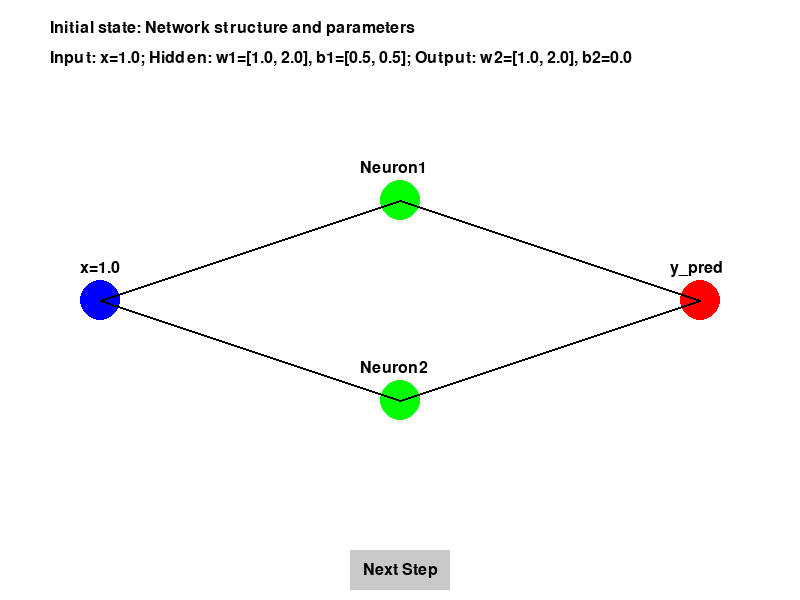
Repository: ducchuu/cnn_from_scratch
Script's output: python src/visualization/pygame_nn_simulator.py
An editor plug-in stored every save of this project. The script's output is shown before and after the next save, followed by the edit.
The window is shown after at most 60 frames with no key pressed. Random numbers start from a fixed seed.

Above is the script's output before, as saved 2025-02-13 04:50:20.

### src/visualization/pygame_nn_simulator.py
import pygame
import sys

# 初始化 pygame
pygame.init()

# 屏幕设置
screen_width = 800
screen_height = 600
screen = pygame.display.set_mode((screen_width, screen_height))
pygame.display.set_caption("神经网络训练过程交互式可视化")

# 设置字体
font = pygame.font.SysFont(None, 24)

# 定义各层神经元的位置
input_pos = (100, screen_height // 2)
hidden1_pos = (400, screen_height // 3)
hidden2_pos = (400, screen_height * 2 // 3)
output_pos = (700, screen_height // 2)

# 定义"下一步"按钮的位置和大小
button_rect = pygame.Rect(screen_width // 2 - 50, screen_height - 50, 100, 40)

# 预定义各步的说明文字和对应的详细信息
steps = [
    {
        "desc": "Initial state: Network structure and parameters",
        "details": "Input: x=1.0; Hidden: w1=[1.0, 2.0], b1=[0.5, 0.5]; Output: w2=[1.0, 2.0], b2=0.0",
        "highlight_paths": [],  # 初始状态不高亮任何路径
    },
    {
        "desc": "Forward pass: Calculate hidden layer weighted input",
        "details": "z1 = [1*1.0+0.5, 1*2.0+0.5] = [1.5, 2.5]",
        "highlight_paths": [
            (input_pos, hidden1_pos),
            (input_pos, hidden2_pos),
        ],  # 高亮输入到隐藏层的路径
    },
    {
        "desc": "Forward pass: Apply ReLU activation function",
        "details": "h = ReLU(z1) = [1.5, 2.5]",
        "highlight_paths": [],
    },
    {
        "desc": "Forward pass: Calculate output layer output",
        "details": "y_pred = h•w2 + b2 = 1.5*1.0 + 2.5*2.0 = 6.5",
        "highlight_paths": [],
    },
    {
        "desc": "Calculate loss: Use Mean Squared Error (MSE)",
        "details": "L = 0.5*(6.5-7.0)^2 = 0.125",
        "highlight_paths": [],
    },
    {
        "desc": "Backward pass: Calculate output layer gradient",
        "details": "dL/dy_pred = y_pred - target = -0.5",
        "highlight_paths": [],
    },
    {
        "desc": "Backward pass: Calculate output layer weight gradient",
        "details": "grad_w2 = dL/dy_pred * h = -0.5 * [1.5, 2.5] = [-0.75, -1.25]",
        "highlight_paths": [],
    },
    {
        "desc": "Backward pass: Gradient propagation to hidden layer",
        "details": "dL/dh = dL/dy_pred * w2 = [-0.5, -1.0]",
        "highlight_paths": [],
    },
    {
        "desc": "Backward pass: Calculate hidden layer weight gradient",
        "details": "grad_w1 = dL/dz1 * x = [-0.5, -1.0]",
        "highlight_paths": [],
    },
    {
        "desc": "Parameter update: Update all layer parameters",
        "details": "new_w1=[1.05,2.1], new_b1=[0.55,0.6]; new_w2=[1.075,2.125], new_b2=0.05",
        "highlight_paths": [],
    },
]

# 定义不同类型数据的颜色
COLORS = {
    "input_value": (0, 0, 255),  # 蓝色
    "weights": (100, 100, 100),  # 灰色
    "activation": (0, 200, 0),  # 绿色
    "gradients": (255, 0, 0),  # 红色
    "loss": (255, 100, 0),  # 橙色
    "updated_params": (128, 0, 128),  # 紫色
}

# 当前步骤变量（初始为 0）
step = 0


def draw_network(screen, step):
    # 清空屏幕（填充白色）
    screen.fill((255, 255, 255))

    # 根据前向传播过程定义相关变量
    # 定义输入层的输入值
    x = 1.0
    # 计算隐藏层的加权输入 z1，根据步骤1的示例计算
    z1 = [x * 1.0 + 0.5, x * 2.0 + 0.5]  # 得到 [1.5, 2.5]
    # 使用 ReLU 激活函数计算隐藏层输出 h
    h = [max(0, val) for val in z1]  # 结果为 [1.5, 2.5]

    # 画出各层神经元：用圆圈表示
    # 输入层（蓝色）
    pygame.draw.circle(screen, (0, 0, 255), input_pos, 20)
    # 隐藏层（绿色）
    pygame.draw.circle(screen, (0, 255, 0), hidden1_pos, 20)
    pygame.draw.circle(screen, (0, 255, 0), hidden2_pos, 20)
    # 输出层（红色）
    pygame.draw.circle(screen, (255, 0, 0), output_pos, 20)

    # 画出各层之间的连线
    pygame.draw.line(screen, (0, 0, 0), input_pos, hidden1_pos, 2)
    pygame.draw.line(screen, (0, 0, 0), input_pos, hidden2_pos, 2)
    pygame.draw.line(screen, (0, 0, 0), hidden1_pos, output_pos, 2)
    pygame.draw.line(screen, (0, 0, 0), hidden2_pos, output_pos, 2)

    # 在输入层节点旁显示 x=1.0
    text = font.render("x=1.0", True, (0, 0, 0))
    screen.blit(text, (input_pos[0] - 20, input_pos[1] - 40))

    # 在隐藏层节点旁显示神经元标签
    text = font.render("Neuron1", True, (0, 0, 0))
    screen.blit(text, (hidden1_pos[0] - 40, hidden1_pos[1] - 40))
    text = font.render("Neuron2", True, (0, 0, 0))
    screen.blit(text, (hidden2_pos[0] - 40, hidden2_pos[1] - 40))

    # 在输出层节点旁显示 y_pred 标签
    text = font.render("y_pred", True, (0, 0, 0))
    screen.blit(text, (output_pos[0] - 30, output_pos[1] - 40))

    # 绘制高亮路径
    current_step = steps[step]
    for path in current_step["highlight_paths"]:
        pygame.draw.line(screen, (255, 255, 0), path[0], path[1], 4)  # 黄色高亮

    # 在各个位置显示数值，使用不同颜色
    if step >= 1:
        # 隐藏层加权输入（绿色）
        text = font.render(f"z={z1[0]:.1f}", True, COLORS["activation"])
        screen.blit(text, (hidden1_pos[0] + 25, hidden1_pos[1] - 30))
        text = font.render(f"z={z1[1]:.1f}", True, COLORS["activation"])
        screen.blit(text, (hidden2_pos[0] + 25, hidden2_pos[1] - 30))

    if step >= 2:
        # 激活值（绿色）
        text = font.render(f"h={h[0]:.1f}", True, COLORS["activation"])
        screen.blit(text, (hidden1_pos[0] + 25, hidden1_pos[1] + 10))
        text = font.render(f"h={h[1]:.1f}", True, COLORS["activation"])
        screen.blit(text, (hidden2_pos[0] + 25, hidden2_pos[1] + 10))

    if step >= 3:
        # 显示输出层计算结果 y_pred
        text = font.render("y_pred=6.5", True, (255, 0, 0))
        screen.blit(text, (output_pos[0] - 70, output_pos[1] + 30))

    if step >= 4:
        # 显示损失 L
        text = font.render("L = 0.125", True, (255, 0, 0))
        screen.blit(text, (output_pos[0] - 70, output_pos[1] + 60))

    if step >= 5:
        # 显示输出层梯度 dL/dy_pred（在输出节点上方显示）
        text = font.render("dL/dy_pred = -0.5", True, (255, 0, 0))
        screen.blit(text, (output_pos[0] - 70, output_pos[1] - 60))

    if step >= 6:
        # 显示输出层权重梯度 grad_w2（显示在连接隐藏层到输出层之间）
        text = font.render("grad_w2 = [-0.75, -1.25]", True, (255, 0, 0))
        screen.blit(text, (output_pos[0] - 120, output_pos[1] + 80))

    if step >= 7:
        # 显示传递到隐藏层的梯度 dL/dh（在隐藏层节点旁上方显示）
        text = font.render("dL/dh = [-0.5, -1.0]", True, (255, 0, 0))
        screen.blit(text, (hidden1_pos[0] - 80, hidden1_pos[1] - 60))
        screen.blit(text, (hidden2_pos[0] - 80, hidden2_pos[1] - 60))

    if step >= 8:
        # 显示隐藏层权重梯度 grad_w1（在输入层与隐藏层之间显示）
        text = font.render("grad_w1 = [-0.5, -1.0]", True, (255, 0, 0))
        screen.blit(text, (input_pos[0] + 30, input_pos[1] - 30))

    if step >= 9:
        # 显示参数更新后的结果（在屏幕底部显示更新后的权重与偏置）
        text = font.render("Parameter update completed", True, (255, 0, 0))
        screen.blit(text, (50, screen_height - 80))
        text = font.render("new_w1=[1.05,2.1], new_b1=[0.55,0.6]", True, (255, 0, 0))
        screen.blit(text, (hidden1_pos[0] - 100, hidden1_pos[1] + 40))
        text = font.render("new_w2=[1.075,2.125], new_b2=0.05", True, (255, 0, 0))
        screen.blit(text, (output_pos[0] - 140, output_pos[1] + 80))

    # 在屏幕顶部显示当前步骤的说明
    current_step = steps[step]
    step_text = font.render(current_step["desc"], True, (0, 0, 0))
    screen.blit(step_text, (50, 20))
    detail_text = font.render(current_step["details"], True, (0, 0, 0))
    screen.blit(detail_text, (50, 50))

    # 调整"Next Step"按钮样式
    pygame.draw.rect(screen, (200, 200, 200), button_rect)
    button_text = font.render("Next Step", True, (0, 0, 0))
    button_text_rect = button_text.get_rect(center=button_rect.center)
    screen.blit(button_text, button_text_rect)


# 主循环
clock = pygame.time.Clock()
running = True

while running:
    clock.tick(30)  # 控制帧率 30 FPS

    for event in pygame.event.get():
        if event.type == pygame.QUIT:
            running = False
            break

        # 点击鼠标按钮（仅响应按钮范围内的点击）
        if event.type == pygame.MOUSEBUTTONDOWN:
            if button_rect.collidepoint(event.pos):
                if step < len(steps) - 1:
                    step += 1
                else:
                    # 如果已完成所有步骤，则重置回初始状态
                    step = 0

    # 绘制网络和步骤信息
    draw_network(screen, step)

    # 更新屏幕
    pygame.display.flip()

pygame.quit()
sys.exit()

After the next save:
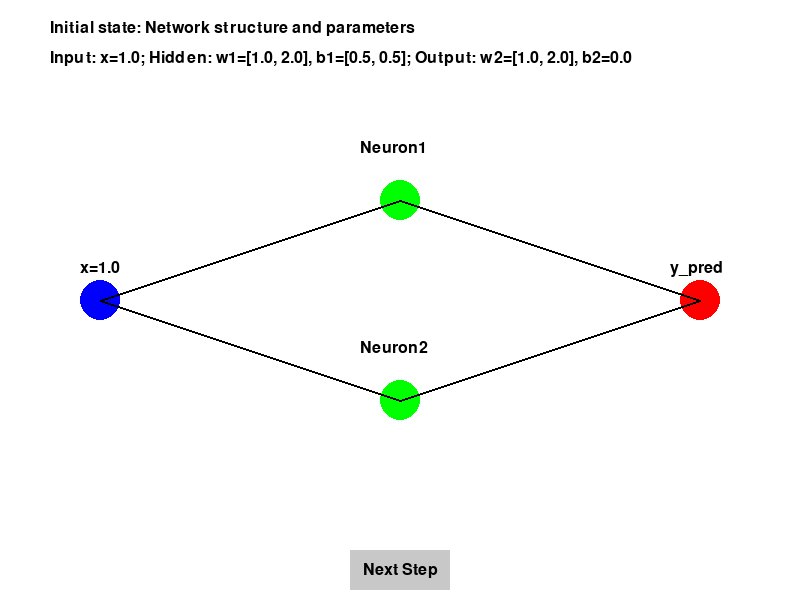
Saved 3 min 45 s later.
--- a/src/visualization/pygame_nn_simulator.py
+++ b/src/visualization/pygame_nn_simulator.py
@@ -79,14 +79,15 @@ steps = [
     },
 ]
 
-# 定义不同类型数据的颜色
+# 修改颜色定义，使用更鲜明的配色
 COLORS = {
-    "input_value": (0, 0, 255),  # 蓝色
-    "weights": (100, 100, 100),  # 灰色
-    "activation": (0, 200, 0),  # 绿色
-    "gradients": (255, 0, 0),  # 红色
-    "loss": (255, 100, 0),  # 橙色
-    "updated_params": (128, 0, 128),  # 紫色
+    "input_value": (0, 120, 255),  # 深蓝色
+    "weights": (50, 50, 50),  # 深灰色
+    "activation": (34, 139, 34),  # 森林绿
+    "gradients": (220, 20, 60),  # 猩红色
+    "loss": (255, 140, 0),  # 深橙色
+    "updated_params": (148, 0, 211),  # 深紫色
+    "neuron_label": (0, 0, 0),  # 黑色
 }
 
 # 当前步骤变量（初始为 0）
@@ -125,10 +126,10 @@ def draw_network(screen, step):
     screen.blit(text, (input_pos[0] - 20, input_pos[1] - 40))
 
     # 在隐藏层节点旁显示神经元标签
-    text = font.render("Neuron1", True, (0, 0, 0))
-    screen.blit(text, (hidden1_pos[0] - 40, hidden1_pos[1] - 40))
-    text = font.render("Neuron2", True, (0, 0, 0))
-    screen.blit(text, (hidden2_pos[0] - 40, hidden2_pos[1] - 40))
+    text = font.render("Neuron1", True, COLORS["neuron_label"])
+    screen.blit(text, (hidden1_pos[0] - 40, hidden1_pos[1] - 60))
+    text = font.render("Neuron2", True, COLORS["neuron_label"])
+    screen.blit(text, (hidden2_pos[0] - 40, hidden2_pos[1] - 60))
 
     # 在输出层节点旁显示 y_pred 标签
     text = font.render("y_pred", True, (0, 0, 0))
@@ -141,58 +142,85 @@ def draw_network(screen, step):
 
     # 在各个位置显示数值，使用不同颜色
     if step >= 1:
-        # 隐藏层加权输入（绿色）
+        # 隐藏层加权输入（绿色）- 移到节点右上方
         text = font.render(f"z={z1[0]:.1f}", True, COLORS["activation"])
-        screen.blit(text, (hidden1_pos[0] + 25, hidden1_pos[1] - 30))
+        screen.blit(text, (hidden1_pos[0] + 30, hidden1_pos[1] - 40))
         text = font.render(f"z={z1[1]:.1f}", True, COLORS["activation"])
-        screen.blit(text, (hidden2_pos[0] + 25, hidden2_pos[1] - 30))
+        screen.blit(text, (hidden2_pos[0] + 30, hidden2_pos[1] - 40))
 
     if step >= 2:
-        # 激活值（绿色）
+        # 激活值（绿色）- 移到节点右侧
         text = font.render(f"h={h[0]:.1f}", True, COLORS["activation"])
-        screen.blit(text, (hidden1_pos[0] + 25, hidden1_pos[1] + 10))
+        screen.blit(text, (hidden1_pos[0] + 30, hidden1_pos[1]))
         text = font.render(f"h={h[1]:.1f}", True, COLORS["activation"])
-        screen.blit(text, (hidden2_pos[0] + 25, hidden2_pos[1] + 10))
+        screen.blit(text, (hidden2_pos[0] + 30, hidden2_pos[1]))
 
     if step >= 3:
-        # 显示输出层计算结果 y_pred
-        text = font.render("y_pred=6.5", True, (255, 0, 0))
-        screen.blit(text, (output_pos[0] - 70, output_pos[1] + 30))
+        # 显示输出层计算结果 y_pred - 移到节点右侧
+        text = font.render("y_pred=6.5", True, COLORS["gradients"])
+        screen.blit(text, (output_pos[0] + 30, output_pos[1]))
 
     if step >= 4:
-        # 显示损失 L
-        text = font.render("L = 0.125", True, (255, 0, 0))
-        screen.blit(text, (output_pos[0] - 70, output_pos[1] + 60))
+        # 显示损失 L - 移到输出节点下方
+        text = font.render("L = 0.125", True, COLORS["loss"])
+        screen.blit(text, (output_pos[0] + 30, output_pos[1] + 30))
 
     if step >= 5:
-        # 显示输出层梯度 dL/dy_pred（在输出节点上方显示）
-        text = font.render("dL/dy_pred = -0.5", True, (255, 0, 0))
-        screen.blit(text, (output_pos[0] - 70, output_pos[1] - 60))
+        # 显示输出层梯度 dL/dy_pred - 移到输出节点上方
+        text = font.render("dL/dy_pred = -0.5", True, COLORS["gradients"])
+        screen.blit(text, (output_pos[0] - 60, output_pos[1] - 40))
 
     if step >= 6:
-        # 显示输出层权重梯度 grad_w2（显示在连接隐藏层到输出层之间）
-        text = font.render("grad_w2 = [-0.75, -1.25]", True, (255, 0, 0))
-        screen.blit(text, (output_pos[0] - 120, output_pos[1] + 80))
+        # 显示输出层权重梯度 grad_w2 - 移到连线中间
+        text = font.render("grad_w2 = [-0.75, -1.25]", True, COLORS["gradients"])
+        screen.blit(
+            text,
+            (
+                (hidden1_pos[0] + output_pos[0]) // 2 - 60,
+                (hidden1_pos[1] + output_pos[1]) // 2 - 40,
+            ),
+        )
 
     if step >= 7:
-        # 显示传递到隐藏层的梯度 dL/dh（在隐藏层节点旁上方显示）
-        text = font.render("dL/dh = [-0.5, -1.0]", True, (255, 0, 0))
-        screen.blit(text, (hidden1_pos[0] - 80, hidden1_pos[1] - 60))
-        screen.blit(text, (hidden2_pos[0] - 80, hidden2_pos[1] - 60))
+        # 显示传递到隐藏层的梯度 dL/dh - 移到隐藏层节点左上方
+        text = font.render("dL/dh = [-0.5, -1.0]", True, COLORS["gradients"])
+        screen.blit(text, (hidden1_pos[0] - 150, hidden1_pos[1] - 30))
+        screen.blit(text, (hidden2_pos[0] - 150, hidden2_pos[1] - 30))
 
     if step >= 8:
-        # 显示隐藏层权重梯度 grad_w1（在输入层与隐藏层之间显示）
-        text = font.render("grad_w1 = [-0.5, -1.0]", True, (255, 0, 0))
-        screen.blit(text, (input_pos[0] + 30, input_pos[1] - 30))
+        # 显示隐藏层权重梯度 grad_w1 - 移到输入层与隐藏层之间的连线上
+        text = font.render("grad_w1 = [-0.5, -1.0]", True, COLORS["gradients"])
+        screen.blit(
+            text,
+            (
+                (input_pos[0] + hidden1_pos[0]) // 2 - 80,
+                (input_pos[1] + hidden1_pos[1]) // 2 - 30,
+            ),
+        )
 
     if step >= 9:
-        # 显示参数更新后的结果（在屏幕底部显示更新后的权重与偏置）
-        text = font.render("Parameter update completed", True, (255, 0, 0))
-        screen.blit(text, (50, screen_height - 80))
-        text = font.render("new_w1=[1.05,2.1], new_b1=[0.55,0.6]", True, (255, 0, 0))
-        screen.blit(text, (hidden1_pos[0] - 100, hidden1_pos[1] + 40))
-        text = font.render("new_w2=[1.075,2.125], new_b2=0.05", True, (255, 0, 0))
-        screen.blit(text, (output_pos[0] - 140, output_pos[1] + 80))
+        # 显示参数更新信息 - 重新排布位置
+        text = font.render(
+            "new_w1=[1.05,2.1], new_b1=[0.55,0.6]", True, COLORS["updated_params"]
+        )
+        screen.blit(
+            text,
+            (
+                (input_pos[0] + hidden1_pos[0]) // 2 - 100,
+                (input_pos[1] + hidden1_pos[1]) // 2 + 20,
+            ),
+        )
+
+        text = font.render(
+            "new_w2=[1.075,2.125], new_b2=0.05", True, COLORS["updated_params"]
+        )
+        screen.blit(
+            text,
+            (
+                (hidden1_pos[0] + output_pos[0]) // 2 - 100,
+                (hidden1_pos[1] + output_pos[1]) // 2 + 20,
+            ),
+        )
 
     # 在屏幕顶部显示当前步骤的说明
     current_step = steps[step]
